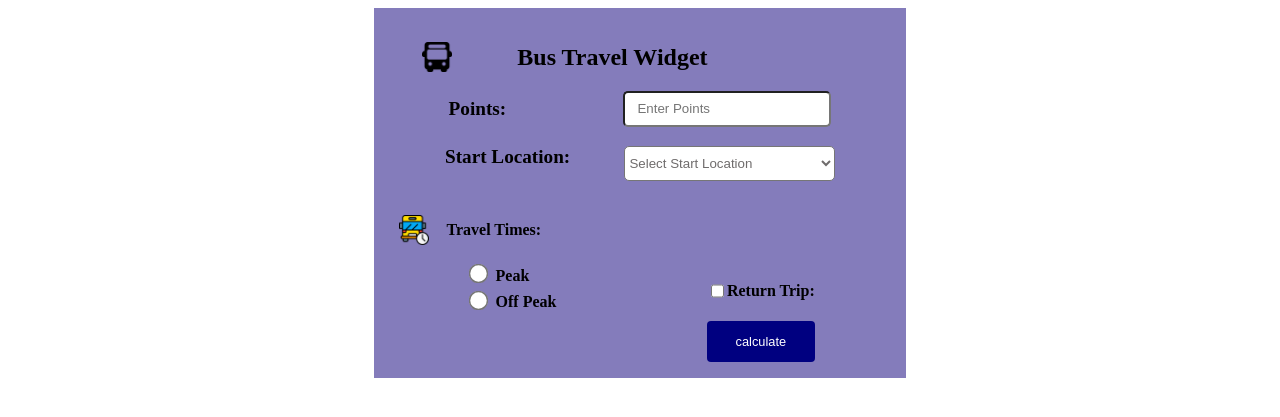
Repository: lasity34/bus_travel
Page: index.html
An editor plug-in stored every save of this project. The page is shown before and after the next save, followed by the edit.
The browser window is 1280 px wide. The pictures show the whole page.

Above is the page before, as saved 2023-05-31 11:09:23.

### index.html
<!DOCTYPE html>
<html lang="en">
  <head>
    <meta charset="UTF-8" />
    <meta http-equiv="X-UA-Compatible" content="IE=edge" />
    <meta name="viewport" content="width=device-width, initial-scale=1.0" />
    <link href="./style.css" rel="stylesheet" />
    <title>Bus travel</title>
  </head>
  <body>
    <div class="widget_container">
      <header>
        <img src="./images/bus.png" width="30" height="30" />
        <h2>Bus Travel Widget</h2>
      </header>
      <section>
        <div class="points_container">
          <label for="points">Points:</label>
          <input
            type="number"
            name="points"
            id="points"
            placeholder="Enter Points"
          />
        </div>
        <div class="start_location_container">
          <label for="dropdown">Start Location:</label>
          <select id="dropdown" name="dropdown">
            <option value="select_location">Select Start Location</option>
            <option value="atlantis">Atlantis</option>
            <option value="pinelands">Pinelands</option>
            <option value="milnerton">Milnerton</option>
          </select>
        </div>
      </section>
      <section class="calculate_container">
        <div class="calculate_title">
          <img src="./images/bus_time.png" width="30" height="30" />
          <h4>Travel Times:</h4>
        </div>
        <div class="input_container">
          <div class="calculate_input">
            <input type="radio" id="peak" name="time" value="peak" />
            <label for="peak">Peak</label><br />
            <input type="radio" id="off-peak" name="time" value="off-peak" />
            <label for="off-peak">Off Peak</label><br />
          </div>
          <div class="check_calculate">
            <div class="check_box">

                <input type="checkbox" name="return">
                <h4>Return Trip:</h4>
            </div>
              <button class="calculate_btn">calculate</button>
          </div>
        </div>
      </section>

      <script src="./bus_travel_factory.js"></script>
      <script src="./bus_travel.js"></script>
    </div>
  </body>
</html>

### style.css


.widget_container {
   margin: 0 auto;
   display: flex;
   flex-direction: column;
   justify-content: center;
    background-color: rgb(132, 124, 187);
    width: 70%;
    max-width: 500px;
    font-weight: bold;
    padding: 1em;
}

header {
    display: flex;
    align-items: center;
    justify-content: space-around;
    width: 70%;
}

.points_container  {
    display: flex;
    width: 100%;
    justify-content: space-around;
    align-items: center;
}

.points_container label {
    font-size: 1.2rem;
}

.points_container input {
    border-radius: 5px;
    height: 30px;
    text-indent: 10px;
    width: 40%;
}

input[type='number']::-webkit-inner-spin-button,
input[type='number']::-webkit-outer-spin-button {
    -webkit-appearance: none;
    margin: 0;
}

input[type='number'] {
    -moz-appearance: textfield;
}

.start_location_container {
    padding: 1em 0;
    display: flex;
    margin: 0 auto;
    justify-content: space-between;
    width: 78%;
    font-size: 1.2rem;
    max-width: 500px;
}

select {
    background-color: white;
    width: 54%;
    height: 35px;
    border-radius: 5px;
    color: rgb(111, 108, 108);
}

option {
    font-weight: lighter;

}

button {
    background-color: #000080; /* Dark Blue */
    border: none;
    color: white;
    text-align: center;
    display: inline-block;
    font-size:0.8rem;
    transition-duration: 0.4s;
    cursor: pointer;
    padding: 1em 1.5em;
    border-radius: 4px;
    width: 100%;
    margin: 0 auto;
  }

  button:hover {
    background-color: #0000FF; /* Blue */
    color: white;
  }

  .calculate_title {
    display: flex;
    width: 32%;
    justify-content: space-around;
    align-content: center;
  }

  .calculate_title img {
    align-self: center;
  }

  input[type="radio"] {
    transform: scale(1.5); /* Adjust the scale factor as needed */
    margin: 0.5em;
}

.input_container {
    display: flex;
    justify-content: space-around;
}

.check_box {
    display: flex;
}

### bus_travel_factory.js



function bus_travel_factory() {

    let points = 0
    let location = ""

    function points_input(input) {
        points = input
    }




    function bus_location(input) {
        if (input === "milnerton") {
            location = "milnerton"
        } else if (input === "atlantis") {
            location = 'atlantis'
        } else if (input === 'pinelands') {
            location = 'pinelands'
        } else if (input === 'select_location') {
            location = 'select_location'
        }
    }



    function points_value() {
        return points
    }

    function location_return() {
        return location
    }


    return {
        points_input,
        points_value,
        bus_location,
        location_return
    }
}

### bus_travel.js

const points_value = document.querySelector("#points").value
const calculate_btn = document.querySelector(".calculate_btn")
const location_select = document.querySelector("#dropdown")

const bus_instance = bus_travel_factory()

function bus_travel() {

    bus_instance.points_input(points_value)
}

function bus_location() {
    const selected_value = this.value
    bus_instance.bus_location(selected_value)
}

location_select.addEventListener("change", bus_location)


calculate_btn.addEventListener("click", bus_travel)

After the next save:
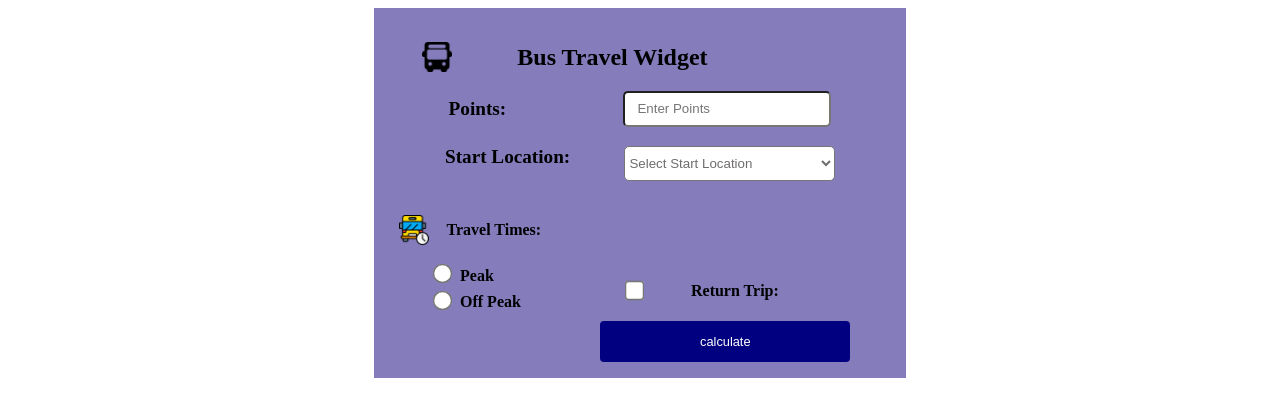
Saved 2 min 10 s later.
--- a/style.css
+++ b/style.css
@@ -101,7 +101,7 @@ button {
     align-self: center;
   }
 
-  input[type="radio"] {
+  input[type="radio"], input[type="checkbox"] {
     transform: scale(1.5); /* Adjust the scale factor as needed */
     margin: 0.5em;
 }
@@ -111,6 +111,12 @@ button {
     justify-content: space-around;
 }
 
+.check_calculate {
+    width: 50%;
+}
+
 .check_box {
     display: flex;
+    justify-content: space-around;
+    width: 80%;
 }
